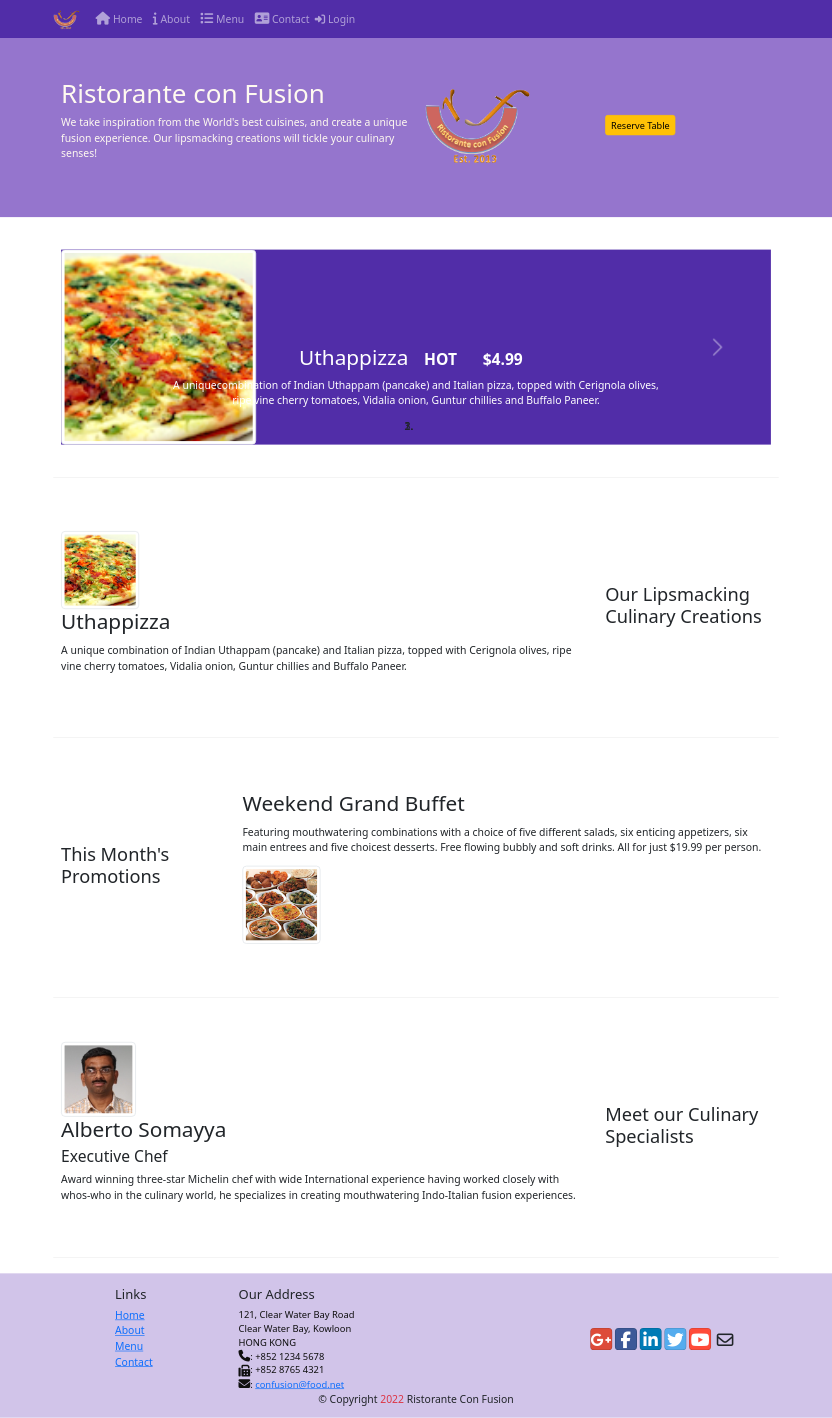
Repository: DungBuiTuan/LAB_FER201m
Page: index.html
An editor plug-in stored every save of this project. The page is shown before and after the next save, followed by the edit.
The browser window is 1280 px wide. The pictures show the whole page, at 65% of full size.
Some web libraries are served in a nearby version.

Above is the page before, as saved 2023-05-28 23:40:31.

### index.html
<!DOCTYPE html>
<html lang="en">

<head>

    <meta charset="utf-8">
    <meta name="viewport" content="width=device-width, initial-scale=1, shrink-to-fit=no">
    <meta http-equiv="x-ua-compatible" content="ie=edge">
    <link rel="stylesheet" href="node_modules/bootstrap/dist/css/bootstrap.min.css" />
    <link rel="stylesheet" href="node_modules/font-awesome/css/font-awesome.min.css">
    <link rel="stylesheet" href="node_modules/bootstrap-social/bootstrap-social.css">
    <link href="css/styles.css" rel="stylesheet">
    <title>Ristorante Con Fusion</title>

</head>

<body>

    <nav class="navbar navbar-dark navbar-expand-md fixed-top">
        <div class="container">
            <button class="navbar-toggler" type="button" data-toggle="collapse" data-target="#Navbar">
                <span class="navbar-toggler-icon"></span>
            </button>
            <a class="navbar-brand mr-auto" href="#"><img src="img/logo.png" height="30" width="41"></a>
            <div class="collapse navbar-collapse" id="Navbar">
                <ul class="navbar-nav">
                    <li class="nav-item active"><a class="nav-link" href="#"><span class="fa fa-home fa-lg"></span>
                            Home</a></li>
                    <li class="nav-item"><a class="nav-link" href="./aboutus.html"><span
                                class="fa fa-info fa-lg"></span> About</a></li>
                    <li class="nav-item"><a class="nav-link" href="#"><span class="fa fa-list fa-lg"></span> Menu</a>
                    </li>
                    <li class="nav-item"><a class="nav-link" href="./contactus.html"><span
                                class="fa fa-address-card fa-lg"></span> Contact</a></li>
                </ul>
                <span class="navbar-text ml-auto">
                    <a data-toggle="modal" data-target="#loginModal">
                        <span class="fa fa-sign-in"></span> Login</a>
                </span>
            </div>
        </div>

    </nav>


    <header class="jumbotron">
        <div class="container">
            <div class="row row-header">
                <div class="col-12 col-sm-6">
                    <h1>Ristorante con Fusion</h1>
                    <p>We take inspiration from the World's best cuisines, and create a unique fusion experience. Our
                        lipsmacking creations will tickle your culinary senses!</p>
                </div>
                <div class="col-12 col-sm align-self-center">
                    <img src="img/logo.png" class="img-fluid">
                </div>
                <div class="col-12 col-sm align-self-center">
                    <a role="button" class="btn btn-block btn-sm btn-warning" href="#ReverseModal" data-toggle="modal"
                        style="font-weight: 500;">Reserve Table</a>
                </div>
            </div>
        </div>
    </header>

    <div class="container">
        <div id="loginModal" class="modal fade" role="dialog">
            <div class="modal-dialog modal-lg" role="content">
                <!-- Modal content-->
                <div class="modal-content">
                    <div class="modal-header">
                        <h4 class="modal-title">Login</h4>
                        <button type="button" class="close" data-dismiss="modal">&times;</button>
                    </div>
                    <div class="modal-body">
                        <form>
                            <div class="form-row">
                                <div class="form-group col-sm-4">
                                    <label class="sr-only ">Email address</label>
                                    <input type="email" class="form-control form-control-sm" placeholder="Enter email">
                                </div>
                                <div class="form-group col-sm-4">
                                    <label class="sr-only">Password</label>
                                    <input type="password" class="form-control form-control-sm " placeholder="Password">
                                </div>
                                <div class="col-sm-auto">
                                    <div class="form-check">
                                        <input class="form-check-input" type="checkbox">
                                        <label class="form-check-label"> Remember me
                                        </label>
                                    </div>
                                </div>
                            </div>
                            <div class="form-row">
                                <button type="button" class="btn btn-primary btn-sm ml-auto"
                                    data-dismiss="modal">Cancel</button>
                                <button type="submit" class="btn btn-success btn-sm ml-1">Sign in</button>
                            </div>
                        </form>
                    </div>
                </div>
            </div>
        </div>
        <!-- reverseModal -->
        <div id="ReverseModal" class="modal fade" role="dialog">
            <div class="modal-dialog modal-lg" role="content">
                <div class="modal-content">
                    <div class="modal-header">
                        <h4 class="modal-title">Reserve a Table</h4>
                        <button type="button" class="close" data-dismiss="modal">&times;</button>
                    </div>
                    <div class="card-body">
                        <div class="row">
                            <dd class="col-12 col-md-2">Number of Guests</dd>
                            <dd class="col-12 col-md-1"></dd>
                            <dd class="col-12 col-md-9">
                                <div class="form-check row ">
                                    <label class="form-check-inline" for="radio1">
                                        <input type="radio" class="form-check-input" id="radio1" name="optradio"
                                            value="option1">1
                                    </label>
                                    <label class="form-check-inline" for="radio2">
                                        <input type="radio" class="form-check-input" id="radio2" name="optradio"
                                            value="option2">2
                                    </label>
                                    <label class="form-check-inline" for="radio3">
                                        <input type="radio" class="form-check-input" id="radio3" name="optradio"
                                            value="option3">3
                                    </label>
                                    <label class="form-check-inline" for="radio4">
                                        <input type="radio" class="form-check-input" id="radio4" name="optradio"
                                            value="option1">4
                                    </label>
                                    <label class="form-check-inline" for="radio5">
                                        <input type="radio" class="form-check-input" id="radio5" name="optradio"
                                            value="option2">5
                                    </label>
                                    <label class="form-check-inline col-12 col-sm-1" for="radio6">
                                        <input type="radio" class="form-check-input" id="radio6" name="optradio"
                                            value="option3">6
                                    </label>
                                </div>
                            </dd>
                        </div>
                        <div class="row">
                            <dd class="col-12 col-md-3">Section</dd>
                            <div class="btn-group col-12 col-sm-12 col-md-8" data-toggle="buttons">
                                <label class="btn btn-success active">
                                    <input class="d-none" type="radio" id="nonSmoking" autocomplete="off" name="section"
                                        checked>Non-Smoking
                                </label>
                                <label class="btn btn-danger">
                                    <input class="d-none" type="radio" id="smoking" autocomplete="off" name="section"
                                        checked>Smoking
                                </label>
                            </div>
                        </div>
                        <div class="row">
                            <dd class="col-12 col-md-2">Date and Time</dd>
                            <dd class="col-12 col-md-1"></dd>
                            <dd class="col-12 col-md-9">
                                <div class="form-group row">
                                    <div class="col-12 col-md-6">
                                        <input type="tel" class="form-control" id="areacode" name="areacode"
                                            placeholder="Date">
                                    </div>
                                    <div class="col-12 col-md-6">
                                        <input type="tel" class="form-control" id="telnum" name="telnum"
                                            placeholder="Time">
                                    </div>
                                    <div class="form-group row">
                                        <div class="offset-md-2 offset-2 col-md-8">
                                            <br>
                                            <button type="submit" class="btn badge-secondary">Cancel</button>
                                        </div>

                                    </div>
                                    <div class="form-group row">
                                        <div class="offset-md-2 offset-2 col-md-8">
                                            <br>
                                            <button type="submit" class="btn badge-primary">Reserve</button>
                                        </div>
                                    </div>
                                </div>
                            </dd>
                        </div>
                        </br>
                    </div>

                </div>
            </div>
        </div>

        <!--Carousell-->
        <div class="row row-content">
            <div class="col">
                <div id="mycarousel" class="carousel slide" data-ride="carousel">
                    <ol class="carousel-indicators">
                        <li data-target="#mycarousel" data-slide-to="0" class="active"></li>
                        <li data-target="#mycarousel" data-slide-to="1"></li>
                        <li data-target="#mycarousel" data-slide-to="2"></li>
                    </ol>
                    <div class="carousel-inner" role="listbox">
                        <div class="carousel-item active">
                            <img class="d-block img-thumbnail" src="img/uthappizza.png" alt="Uthappizza">
                            <div class="carousel-caption d-none d-md-block">
                                <h2>Uthappizza
                                    <span class="badge badge-danger">HOT</span>
                                    <span class="badge badge-pill badge-secondary">$4.99</span>
                                </h2>
                                <p class="d-none d-sm-block text-monospace">
                                    A uniquecombination of Indian Uthappam (pancake) and Italian
                                    pizza, topped with Cerignola olives, ripe vine cherry tomatoes,
                                    Vidalia onion, Guntur chillies and Buffalo Paneer.
                                </p>
                            </div>
                        </div>
                        <div class="carousel-item">
                            <img class="d-block img-thumbnail" src="img/buffet.png" alt="Grand Buffet">
                            <div class="carousel-caption d-none d-md-block">
                                <h2 class="mt-0">
                                    Weekend Grand Buffet <span class="badge badge-info">NEW</span>
                                </h2>
                                <p class="d-none d-sm-block text-monospace">
                                    Featuring mouthwatering combinations with a choice of five
                                    different salads, six enticing appetizers, six main entrees and
                                    five choicest desserts. Free flowing bubbly and soft drinks. All
                                    for just $19.99 per person.
                                </p>
                            </div>
                        </div>
                        <div class="carousel-item">
                            <img class="d-block img-thumbnail" src="img/alberto.png" alt="Alberto Somayya">
                            <div class="carousel-caption d-none d-md-block">
                                <h2 class="mt-0">Alberto Somayya
                                    <span class="badge badge-warning">Executive Chef</span>
                                </h2>
                                <p class="d-none d-sm-block text-monospace">
                                    Award winning three-star Michelin chef with wide International
                                    experience having worked closely with whos-who in the culinary
                                    world, he specializes in creating mouthwatering Indo-Italian
                                    fusion experiences.
                                </p>
                            </div>
                        </div>
                    </div>
                    <a class="carousel-control-prev" href="#mycarousel" role="button" data-slide="prev">
                        <span class="carousel-control-prev-icon"></span>
                    </a>
                    <a class="carousel-control-next" href="#mycarousel" role="button" data-slide="next">
                        <span class="carousel-control-next-icon"></span>
                    </a>

                </div>
            </div>
        </div>



        <div class="row row-content align-items-center">
            <div class="col-sm-4 col-md-3 order-sm-2 order-1">
                <h3>Our Lipsmacking Culinary Creations</h3>
            </div>
            <div class="col-sm col-md order-sm-1 order-2">
                <div class="media">
                    <img class="d-flex mr-3 img-thumbnail align-self-center" src="img/uthappizza.png" alt="Uthappizza">
                    <div class="media-body">
                        <h2 class="mt-0">Uthappizza <span class="badge badge-danger">HOT</span> <span
                                class="badge badge-pill badge-secondary">$4.99</span></h2>
                        <p class="d-none d-sm-block">A unique combination of Indian Uthappam (pancake) and
                            Italian pizza, topped with Cerignola olives, ripe vine
                            cherry tomatoes, Vidalia onion, Guntur chillies and
                            Buffalo Paneer.
                        </p>
                    </div>
                </div>
            </div>
        </div>

        <div class="row row-content align-items-center">
            <div class="col-sm-4 col-md-3">
                <h3>This Month's Promotions</h3>
            </div>
            <div class="col-sm col-md">
                <div class="media">
                    <div class="media-body">
                        <h2 class="mt-0">Weekend Grand Buffet <span class="badge badge-danger">NEW</span></h2>
                        <p class="d-none d-sm-block">Featuring mouthwatering combinations with a choice of
                            five different salads, six enticing appetizers, six main entrees and five choicest
                            desserts.
                            Free flowing bubbly and soft drinks. All for just $19.99 per person.
                        </p>
                    </div>
                    <img class="d-flex mr-3 img-thumbnail align-self-center" src="img/buffet.png" alt="Grand Buffet">
                </div>
            </div>
        </div>

        <div class="row row-content align-items-center">
            <div class="col-sm-4 col-md-3 order-sm-2 order-1">
                <h3>Meet our Culinary Specialists</h3>
            </div>
            <div class="col-sm col-md order-sm-1 order-2">
                <div class="media">
                    <img class="d-flex mr-3 img-thumbnail align-self-center" src="img/alberto.png"
                        alt="Alberto Somayya">
                    <div class="media-body">
                        <h2 class="mt-0">Alberto Somayya</h2>
                        <h4>Executive Chef</h4>
                        <p class="d-none d-sm-block">Award winning three-star Michelin chef with wide
                            International experience having worked closely with
                            whos-who in the culinary world, he specializes in
                            creating mouthwatering Indo-Italian fusion experiences.
                        </p>
                    </div>
                </div>
            </div>
        </div>
    </div>
    <br>

    <footer class="footer">
        <div class="container">
            <div class="row">
                <div class="col-5 offset-1 col-sm-2">
                    <h5>Links</h5>
                    <ul class="list-unstyled">
                        <li><a href="#">Home</a></li>
                        <li><a href="./aboutus.html">About</a></li>
                        <li><a href="#">Menu</a></li>
                        <li><a href="./contactus.html">Contact</a></li>
                    </ul>
                </div>
                <div class="col-6 col-sm-5">
                    <h5>Our Address</h5>
                    <address>
                        121, Clear Water Bay Road<br />
                        Clear Water Bay, Kowloon<br />
                        HONG KONG<br />
                        <i class="fa fa-phone fa-lg"></i>: +852 1234 5678<br />
                        <i class="fa fa-fax fa-lg"></i>: +852 8765 4321<br />
                        <i class="fa fa-envelope fa-lg"></i>:
                        <a href="mailto:confusion@food.net">confusion@food.net</a>
                    </address>
                </div>
                <div class="col col-sm-4 align-self-center">
                    <div style="text-align: center">
                        <a class="btn btn-social-icon btn-google-plus" href="http://google.com/+"><i
                                class="fa fa-google-plus"></i></a>
                        <a class="btn btn-social-icon btn-facebook" href="http://www.facebook.com/profile.php?id="><i
                                class="fa fa-facebook"></i></a>
                        <a class="btn btn-social-icon btn-linkedin" href="http://www.linkedin.com/in/"><i
                                class="fa fa-linkedin"></i></a>
                        <a class="btn btn-social-icon btn-twitter" href="http://twitter.com/"><i
                                class="fa fa-twitter"></i></a>
                        <a class="btn btn-social-icon btn-youtube" href="http://youtube.com/"><i
                                class="fa fa-youtube"></i></a>
                        <a class="btn btn-social-icon" href="mailto:"><i class="fa fa-envelope-o"></i></a>
                    </div>
                </div>
            </div>
            <div class="row justify-content-center">
                <div class="col-auto">
                    <p>
                        © Copyright <span class="text-danger">2022</span> Ristorante Con
                        Fusion
                    </p>
                </div>
            </div>
        </div>
    <script src="node_modules/jquery/dist/jquery.slim.min.js"></script>
    <script src="node_modules/popper.js/dist/umd/popper.min.js"></script>
    <script src="node_modules/bootstrap/dist/js/bootstrap.min.js"></script>

</body>

</html>

### css/styles.css
.row-header {
  margin: 0px auto;
  padding: 0px;
}

.row-content {
  margin: 0 auto;
  padding: 50px 0px 50px 0px;
  border-bottom: 1px ridge;
  min-height: 400px;
}

.footer {
  background-color: #d1c4e9;
  margin: 0px auto;
  padding: 20px 0px 0px 0px;
}

.jumbotron {
  padding: 70px 30px 70px 30px;
  margin: 0px auto;
  background: #9575cd;
  color: floralwhite;
}

address {
  font-size: 90%;
  margin: 0px;
  color: #0f0f0f;
}

body {
  padding: 50px 0px 0px 0px;
  z-index: 0;
}

.navbar-dark {
  background-color: #512da8;
}

.google-map {
  padding: 10px 0px;
  border-radius: 100%;
  overflow: hidden;
}
.tab-content {
  border-left: 1px solid #ddd;
  border-right: 1px solid #ddd;
  border-bottom: 1px solid #ddd;
  padding: 10px;
}
.carousel {
  background:#512DA8;
}
.carousel-item {
height: 300px;
}
.carousel-item img {
  position: absolute;
  top: 1;
  left: 0;
  min-height: 300px;
}

Loaded but not shown: css/bootstrap-social.css (library)

After the next save:
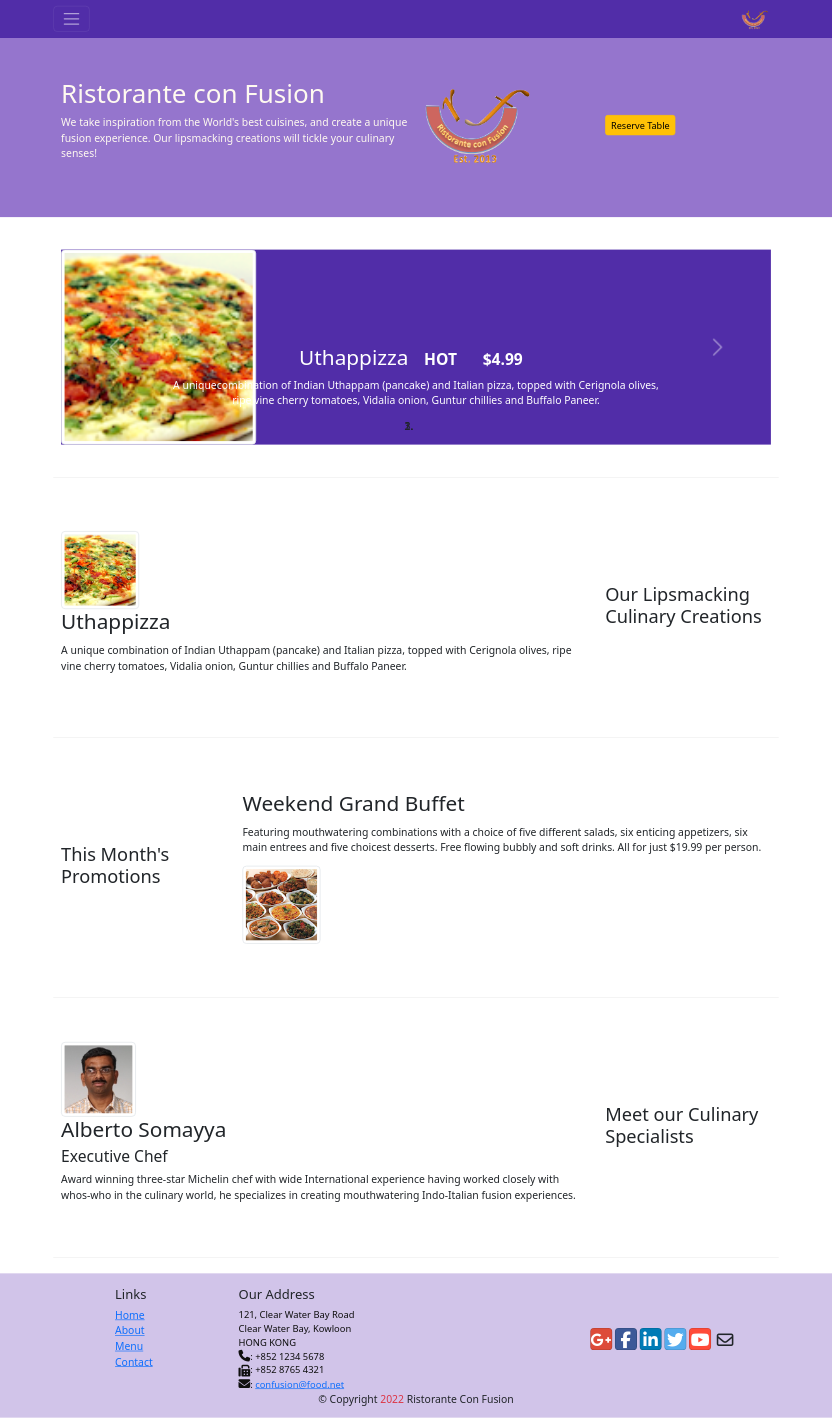
Saved 16 s later.
--- a/index.html
+++ b/index.html
@@ -16,7 +16,7 @@
 
 <body>
 
-    <nav class="navbar navbar-dark navbar-expand-md fixed-top">
+    <nav class="navbar navbar-dark  fixed-top">
         <div class="container">
             <button class="navbar-toggler" type="button" data-toggle="collapse" data-target="#Navbar">
                 <span class="navbar-toggler-icon"></span>
